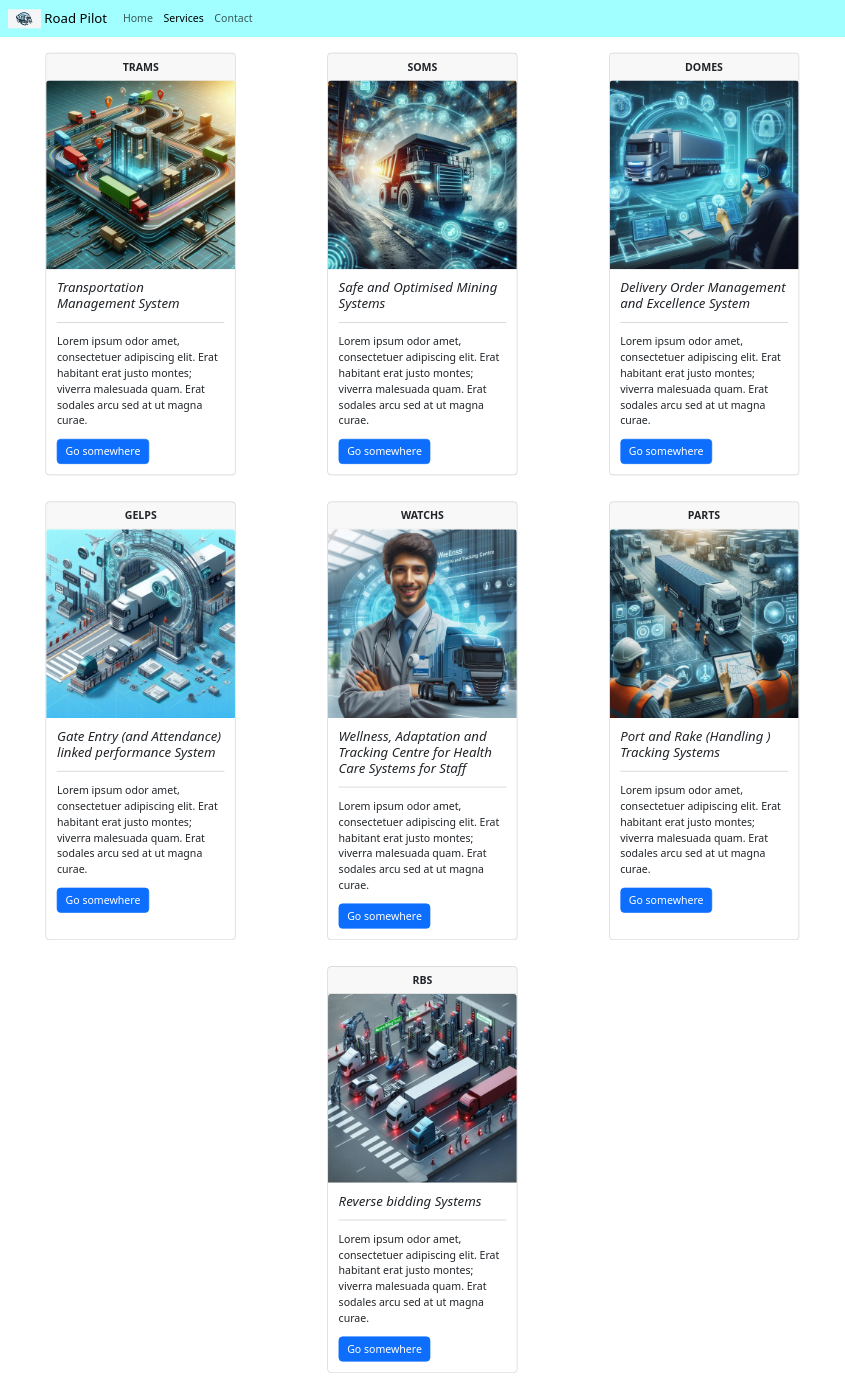
Repository: VictoriousMango/WebCreator
Page: pages/Services.html
An editor plug-in stored every save of this project. The page is shown before and after the next save, followed by the edit.
The browser window is 1280 px wide. The pictures show the whole page, at 66% of full size.

Above is the page before, as saved 2024-11-09 12:15:50.

### pages/Services.html
<!DOCTYPE html>
<html lang="en">

<head>
    <meta charset="UTF-8">
    <meta name="viewport" content="width=device-width, initial-scale=1.0">
    <title>Web Creator</title>
    <link href="https://cdn.jsdelivr.net/npm/bootstrap@5.3.3/dist/css/bootstrap.min.css" rel="stylesheet"
        integrity="sha384-QWTKZyjpPEjISv5WaRU9OFeRpok6YctnYmDr5pNlyT2bRjXh0JMhjY6hW+ALEwIH" crossorigin="anonymous">
    <link rel="stylesheet" href="../assets/css/services.css">
</head>

<body>
    <!-- Navbar -->
    <nav class="navbar navbar-expand-lg">
        <div class="container-fluid">
            <a class="navbar-brand" href="#">
                <img src="../assets/images/Logo.png" alt="Logo" width="50px" class="d-inline-block align-text-top">
                Road Pilot
            </a>
            <button class="navbar-toggler" type="button" data-bs-toggle="collapse" data-bs-target="#navbarNav"
                aria-controls="navbarNav" aria-expanded="false" aria-label="Toggle navigation">
                <span class="navbar-toggler-icon"></span>
            </button>
            <div class="collapse navbar-collapse" id="navbarNav">
                <ul class="navbar-nav">
                    <li class="nav-item">
                        <a class="nav-link" href="../">Home</a>
                    </li>
                    <li class="nav-item">
                        <a class="nav-link active" aria-current="page" href="#">Services</a>
                    </li>
                    <li class="nav-item">
                        <a class="nav-link" href="./contact.html">Contact</a>
                    </li>
                </ul>
            </div>
        </div>
    </nav>
    <!-- NavBar -->
    <!-- Solutions/Softwares we may provide
            *Transportation Management System (TRAMS)
            *Safe and Optimised Mining Systems (SOMS)
            *Delivery Order Management and Excellence System (DOMES)
            *Gate Entry (and Attendance) linked performance System (GELPS)
            *Wellness ,Adaptation and Tracking Centre for Health Care Systems for Staff(WATCHS)
            *Port and Rake (Handling ) Tracking Systems(PARTS)
            *Reverse bidding Systems
    -->
    <div class="services">
        <!-- TRAMS -->
        <div class="card" style="width: 18rem;">
            <div class="card-header">
                <b>TRAMS</b>
            </div>
            <img src="../assets/images/TRAMS.png" class="card-img-top" alt="...">
            <div class="card-body">
                <h5 class="card-title"><i>Transportation Management System</i></h5>
                <hr>
                <p class="card-text">Lorem ipsum odor amet, consectetuer adipiscing elit. Erat habitant erat justo montes; viverra malesuada quam. Erat sodales arcu sed at ut magna curae.</p>
                <a href="#" class="btn btn-primary">Go somewhere</a>
            </div>
        </div>
        <!-- SOMS -->
        <div class="card" style="width: 18rem;">
            <div class="card-header">
                <b>SOMS</b>
            </div>
            <img src="../assets/images/SOMS.png" class="card-img-top" alt="...">
            <div class="card-body">
                <h5 class="card-title"><i>Safe and Optimised Mining Systems</i></h5>
                <hr>
                <p class="card-text">Lorem ipsum odor amet, consectetuer adipiscing elit. Erat habitant erat justo montes; viverra malesuada quam. Erat sodales arcu sed at ut magna curae.</p>
                <a href="#" class="btn btn-primary">Go somewhere</a>
            </div>
        </div>
        <!-- DOMES -->
        <div class="card" style="width: 18rem;">
            <div class="card-header">
                <b>DOMES</b>
            </div>
            <img src="../assets/images/DOMES.png" class="card-img-top" alt="...">
            <div class="card-body">
                <h5 class="card-title"><i>Delivery Order Management and Excellence System</i></h5>
                <hr>
                <p class="card-text">Lorem ipsum odor amet, consectetuer adipiscing elit. Erat habitant erat justo montes; viverra malesuada quam. Erat sodales arcu sed at ut magna curae.</p>
                <a href="#" class="btn btn-primary">Go somewhere</a>
            </div>
        </div>
        <!-- GELPS -->
        <div class="card" style="width: 18rem;">
            <div class="card-header">
                <b>GELPS</b>
            </div>
            <img src="../assets/images/GELPS.png" class="card-img-top" alt="...">
            <div class="card-body">
                <h5 class="card-title"><i>
                    Gate Entry (and Attendance) linked performance System
                </i></h5>
                <hr>
                <p class="card-text">Lorem ipsum odor amet, consectetuer adipiscing elit. Erat habitant erat justo montes; viverra malesuada quam. Erat sodales arcu sed at ut magna curae.</p>
                <a href="#" class="btn btn-primary">Go somewhere</a>
            </div>
        </div>
        <!-- WATCHS -->
        <div class="card" style="width: 18rem;">
            <div class="card-header">
                <b>WATCHS</b>
            </div>
            <img src="../assets/images/WATCHS.png" class="card-img-top" alt="...">
            <div class="card-body">
                <h5 class="card-title"><i>Wellness, Adaptation and Tracking Centre for Health Care Systems for Staff</i></h5>
                <hr>
                <p class="card-text">Lorem ipsum odor amet, consectetuer adipiscing elit. Erat habitant erat justo montes; viverra malesuada quam. Erat sodales arcu sed at ut magna curae.</p>
                <a href="#" class="btn btn-primary">Go somewhere</a>
            </div>
        </div>
        <!-- PARTS -->
        <div class="card" style="width: 18rem;">
            <div class="card-header">
                <b>PARTS</b>
            </div>
            <img src="../assets/images/PARTS.png" class="card-img-top" alt="...">
            <div class="card-body">
                <h5 class="card-title"><i>Port and Rake (Handling ) Tracking Systems</i></h5>
                <hr>
                <p class="card-text">Lorem ipsum odor amet, consectetuer adipiscing elit. Erat habitant erat justo montes; viverra malesuada quam. Erat sodales arcu sed at ut magna curae.</p>
                <a href="#" class="btn btn-primary">Go somewhere</a>
            </div>
        </div>
        <!-- RBS -->
        <div class="card" style="width: 18rem;">
            <div class="card-header">
                <b>RBS</b>
            </div>
            <img src="../assets/images/RBS.png" class="card-img-top" alt="...">
            <div class="card-body">
                <h5 class="card-title"><i>Reverse bidding Systems</i></h5>
                <hr>
                <p class="card-text">Lorem ipsum odor amet, consectetuer adipiscing elit. Erat habitant erat justo montes; viverra malesuada quam. Erat sodales arcu sed at ut magna curae.</p>
                <a href="#" class="btn btn-primary">Go somewhere</a>
            </div>
        </div>
    </div>


    <!-- Scripts -->
    <script src="https://cdn.jsdelivr.net/npm/bootstrap@5.3.3/dist/js/bootstrap.bundle.min.js"
        integrity="sha384-YvpcrYf0tY3lHB60NNkmXc5s9fDVZLESaAA55NDzOxhy9GkcIdslK1eN7N6jIeHz"
        crossorigin="anonymous"></script>
    <script src="https://cdn.jsdelivr.net/npm/@popperjs/core@2.11.8/dist/umd/popper.min.js"
        integrity="sha384-I7E8VVD/ismYTF4hNIPjVp/Zjvgyol6VFvRkX/vR+Vc4jQkC+hVqc2pM8ODewa9r"
        crossorigin="anonymous"></script>
    <script src="https://cdn.jsdelivr.net/npm/bootstrap@5.3.3/dist/js/bootstrap.min.js"
        integrity="sha384-0pUGZvbkm6XF6gxjEnlmuGrJXVbNuzT9qBBavbLwCsOGabYfZo0T0to5eqruptLy"
        crossorigin="anonymous"></script>
</body>

</html>

### assets/css/services.css
.navbar {
    background-color: rgb(161, 255, 255);
    position: fixed; /* Make the navbar fixed */
    top: 0; /* Stick to the top */
    width: 100%; /* Full width */
    z-index: 1000; /* Ensure it stays above other content */
}

.services {
    padding-top: 60px;
    display: flex;
    flex-wrap: wrap;
    justify-content: space-around;
}

.card {
    width: 200px;
    margin: 20px;
}

.card:hover {
    transform: scale(1.05);
    transition: ease-in-out;
    box-shadow: 0 0 20px rgba(0, 217, 255, 0.7); /* Change the color and intensity as needed */
}

.card-header {
    display: flex;
    justify-content: center;
}

After the next save:
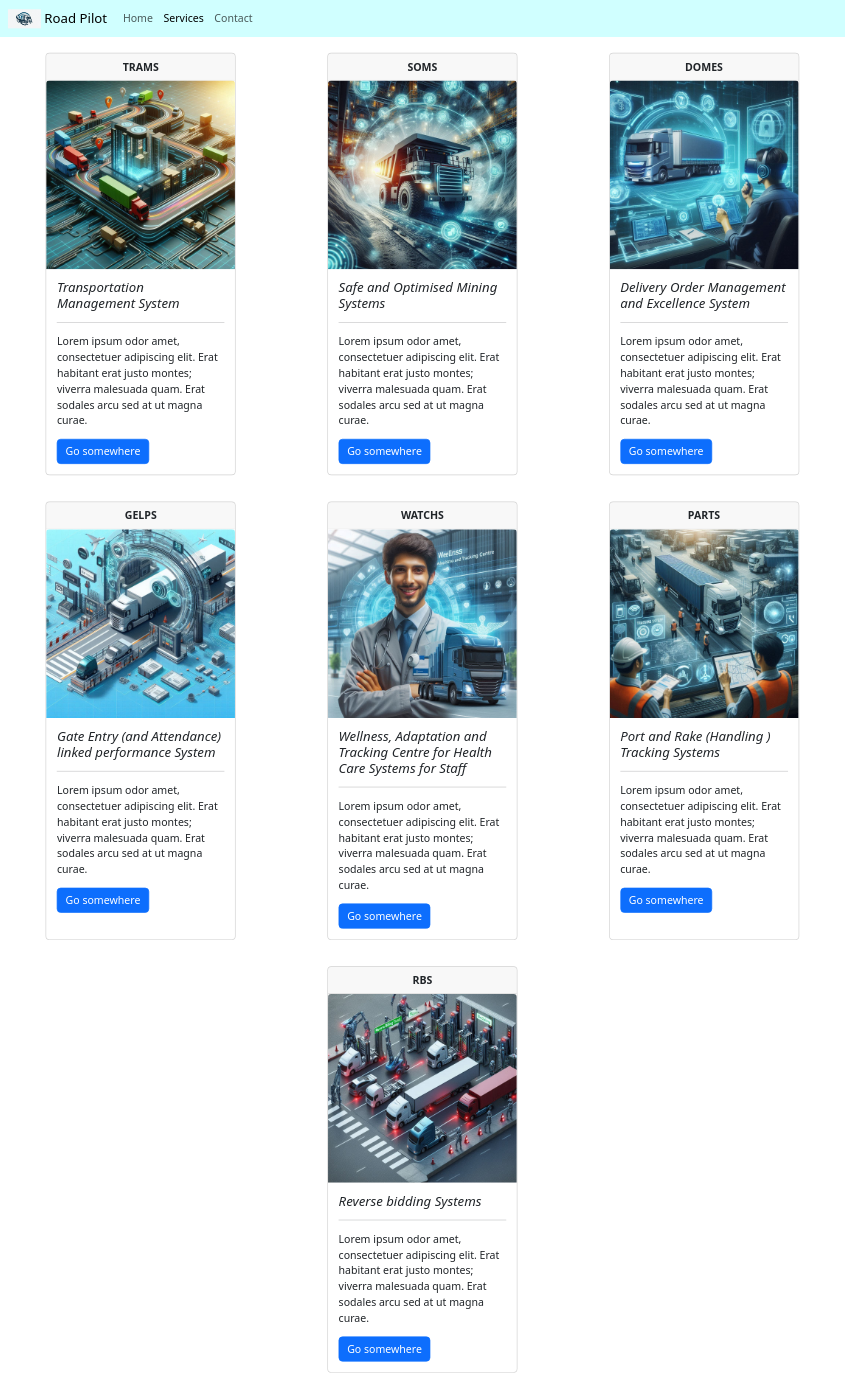
Saved 5 s later.
--- a/assets/css/services.css
+++ b/assets/css/services.css
@@ -1,5 +1,5 @@
 .navbar {
-    background-color: rgb(161, 255, 255);
+    background-color: rgb(208, 255, 255);
     position: fixed; /* Make the navbar fixed */
     top: 0; /* Stick to the top */
     width: 100%; /* Full width */
